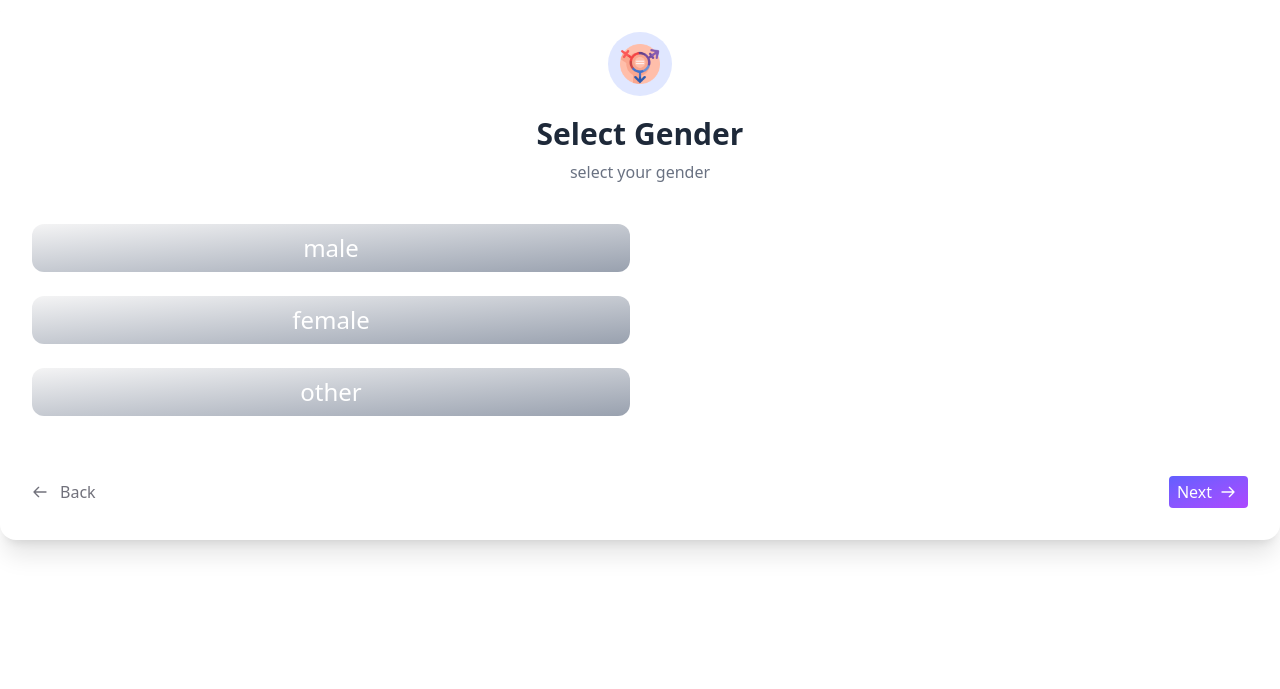
Repository: aryan151pratap/FitPanda
Page: / (app in frontened/)
The author's editor kept a copy of each file at every save. The page is drawn from the files as they stood at one save, then again after the next save.
The browser window is 1280 px wide. The pictures show the whole page.
The project was rebuilt for these pictures with package versions that can differ from the ones it lists, and the page was loaded fresh each time. Also part of the build but not shown: frontened/vite.config.js, frontened/src/App.css, frontened/src/components/page_1.jsx, frontened/src/login/login.jsx, frontened/src/login/sign_up.jsx, frontened/src/login/otp.jsx, frontened/src/notification/notify.jsx.

Above is the page before, as saved 2025-06-05 00:35:05.

After the next save:
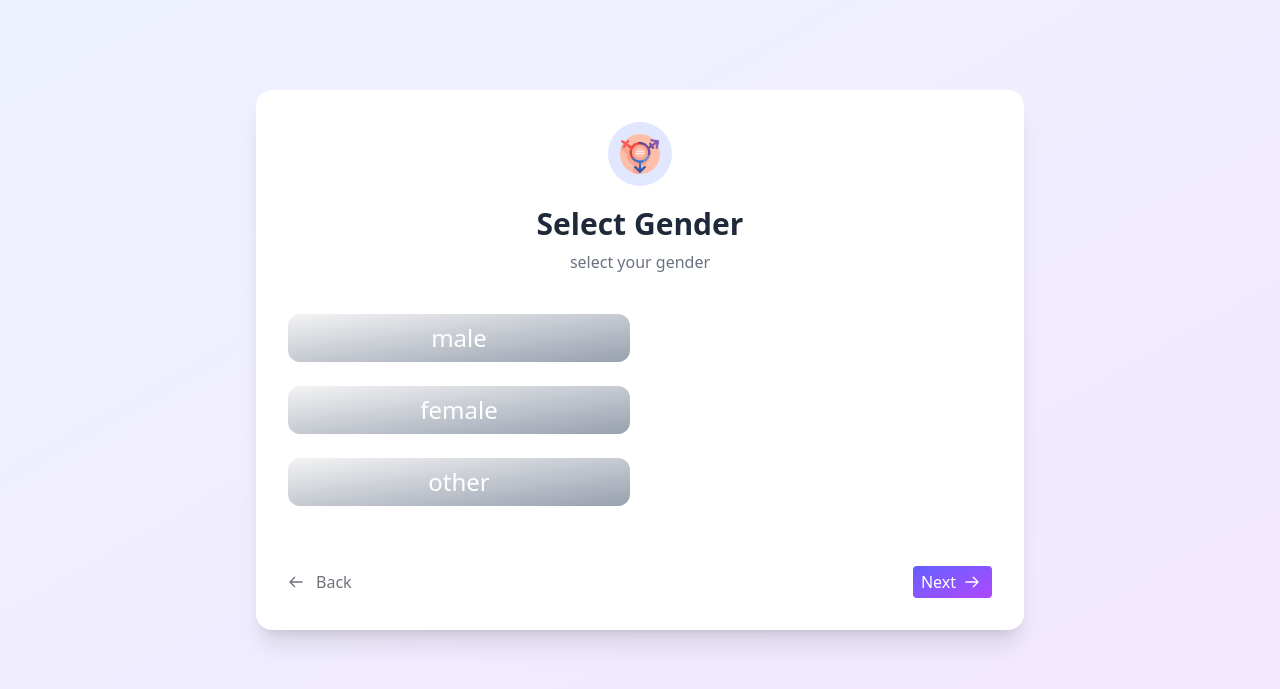
Saved 10 s later.
--- a/frontened/src/App.jsx
+++ b/frontened/src/App.jsx
@@ -4,7 +4,7 @@ import Page_1 from './components/page_1';
 import Sign_up from './login/sign_up';
 import Otp from './login/otp';
 import Notify from './notification/notify';
-import Save_data from './about_user/gender';
+import Save_data from './about_user/save_data';
 
 function App() {
 	const [otp, setOtp] = useState(true);
